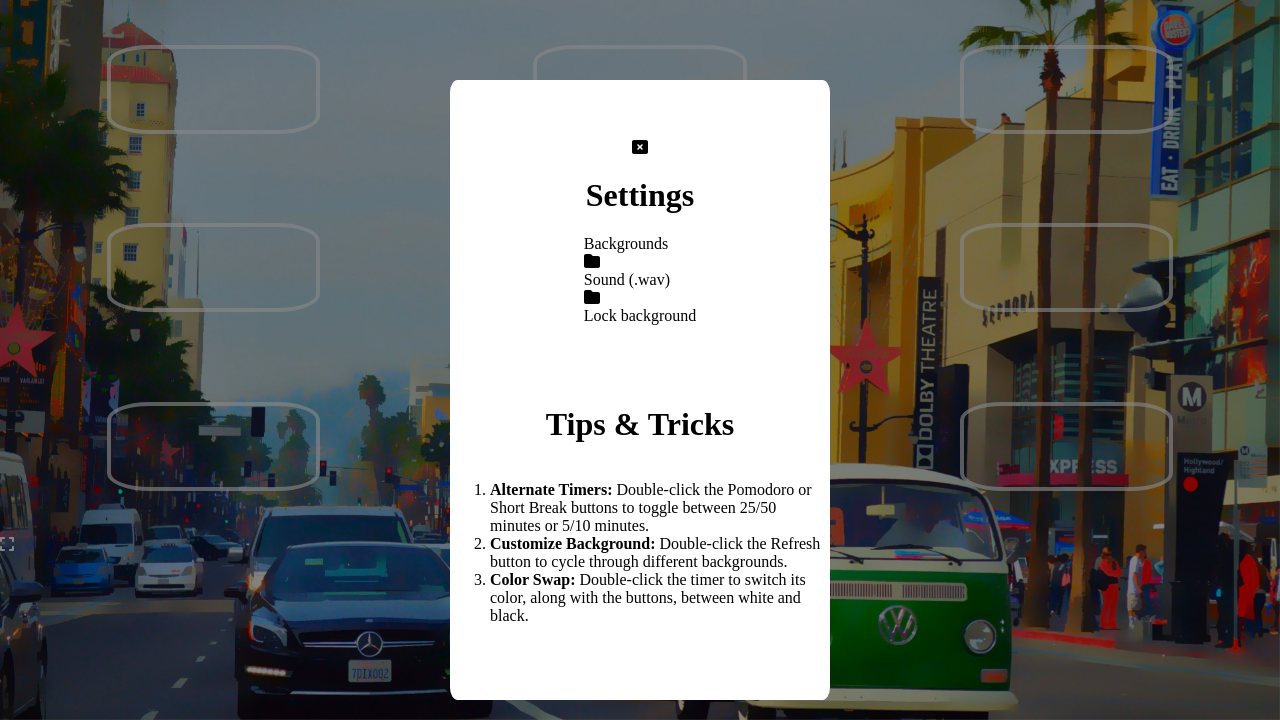
Repository: ttommytan/pomodoro
Page: /, after clicking the first element matching `svg.fa-gear`
These files come from the project's save history. The page is drawn as it stood at one moment and after a run of saves; the edit follows.
The browser window is 1280 px wide. The pictures show the whole page.
The project was rebuilt for these pictures with package versions that can differ from the ones it lists, and the page was loaded fresh each time. Also part of the build but not shown: vite.config.js, src/components/Test.jsx, src/components/SliderComponent.jsx. Imported but missing from the stored project, and not drawn on this page: src/assets/chime.wav.

Above is the page before, as saved 2024-08-27 11:12:50.

### index.html
<!doctype html>
<html lang="en">
  <head>
    <meta charset="UTF-8" />
    <link rel="icon" type="image/svg+xml" href="/vite.svg" />
    <meta name="viewport" content="width=device-width, initial-scale=1.0" />
    <title>Pomodoro Timer</title>
    <link rel="preconnect" href="https://fonts.googleapis.com">
    <link rel="preconnect" href="https://fonts.gstatic.com" crossorigin>
    <link href="https://fonts.googleapis.com/css2?family=Space+Grotesk:wght@300..700&display=swap" rel="stylesheet">
  </head>
  <body>
    <div id="root"></div>

    <script type="module" src="/src/main.jsx"></script>
  </body>
</html>

### src/App.jsx
import { useState } from 'react'
import Test from './components/Test'
import Countdown from './components/Countdown'
import SliderComponent from './components/SliderComponent'

function App() {
  const [count, setCount] = useState(0)

  return (
    <>

    <div className=''>
        <Countdown givenTime={1500}/>
    </div>
    </>
  )
}

export default App

### src/index.css
.big-container {
  top: 0;
  left: 0;
  width: 100%;
  height: 100%;
  position: absolute;
  display: grid;
  overflow: hidden;
  margin: 0;
  padding: 0;
  background-size: cover;
  background-repeat: no-repeat;
  background-attachment: fixed;
  background-position: center;

  grid-template-areas: "top-left top-mid top-right"
                       "mid-left mid-mid mid-right"
                       "bot-left bot-mid bot-right";
}

.containers-top-left, .containers-top-mid, .containers-top-right,
.containers-mid-left, .containers-mid-mid, .containers-mid-right,
.containers-bot-left, .containers-bot-mid, .containers-bot-right {
  width:500px;
  height: 300px;
  font-family: "Space Grotesk", sans-serif;
  font-weight: 400;
  display: flex;
  flex-direction: column;
  justify-content: space-evenly;
  align-items: center;
  position: absolute;
  top: 50%;
  left: 50%;
  transform: translate(-50%, -50%);
  padding: 10px;
  user-select: none;
  -moz-user-select: none;
  -khtml-user-select: none;
  -webkit-user-select: none;
  -o-user-select: none;
  z-index: 2;
}

.containers-top-left:hover, .containers-top-mid:hover, .containers-top-right:hover,
.containers-mid-left:hover, .containers-mid-mid:hover, .containers-mid-right:hover,
.containers-bot-left:hover, .containers-bot-mid:hover, .containers-bot-right:hover
{
  cursor: pointer;
}
.containers-top-left{
  grid-area: top-left;
  padding-top: 10%;
}
.containers-top-mid {
  grid-area: top-mid;
  padding-top: 10%;
}
.containers-top-right {
  grid-area: top-right;
  padding-top: 10%;
}

.containers-mid-left {
  grid-area: mid-left;
}
.containers-mid-mid {
  grid-area: mid-mid;
}
.containers-mid-right {
  grid-area: mid-right;
}


.containers-bot-left {
  grid-area: bot-left;
  padding-bottom: 10%;
}
.containers-bot-mid {
  grid-area: bot-mid;
  padding-bottom: 10%;
}
.containers-bot-right {
  grid-area: bot-right;
  padding-bottom: 10%;
}

.top-left, .top-mid, .top-right,
.mid-left, .mid-mid, .mid-right,
.bot-left, .bot-mid, .bot-right{
  height: 50%;
  width: 50%;
  margin:auto;
  border-radius: 20%;
  border: rgba(255, 255, 255, 0.637) .3em solid;
  opacity: 1;
  background-color: rgba(0, 0, 0, 0);
}

.top-left:hover, .top-mid:hover, .top-right:hover,
.mid-left:hover, .mid-mid:hover, .mid-right:hover,
.bot-left:hover, .bot-mid:hover, .bot-right:hover{
  opacity: 1;
}

.top-leftblack, .top-midblack, .top-rightblack,
.mid-leftblack, .mid-midblack, .mid-rightblack,
.bot-leftblack, .bot-midblack, .bot-rightblack{
  height: 50%;
  width: 50%;
  margin:auto;
  border-radius: 20%;
  border: rgba(0, 0, 0, 0.637) .3em solid;
  opacity: 0;
  background-color: rgba(0, 0, 0, 0);
}

.top-leftblack:hover, .top-midblack:hover, .top-rightblack:hover,
.mid-leftblack:hover, .mid-midblack:hover, .mid-rightblack:hover,
.bot-leftblack:hover, .bot-midblack:hover, .bot-rightblack:hover{
  opacity: 1;
}

.top-left {grid-area: top-left;}
.top-mid {grid-area: top-mid;}
.top-right {grid-area: top-right;}

.mid-left {grid-area: mid-left;}
.mid-mid {grid-area: mid-mid;}
.mid-right {grid-area: mid-right;}

.bot-left {grid-area: bot-left;}
.bot-mid {grid-area: bot-mid;}
.bot-right {grid-area: bot-right;}





.inner-element {
  font-size: 80px;
  flex-wrap: wrap;
  text-align: center;
  margin:0;

}


.time {
  margin: 0;
  color: white;
}

.timeblack {
  margin: 0;
  color: black;
}


.buttons, .buttonsactive, .pause-button {
  margin: 0 5px; /* Add some space between buttons */
  cursor: pointer;
  color: white;
  border-radius: 30px;
  width: 124px;
  height: 42px;
  font-size: 18px;
  box-shadow: none;
  border: solid white;
  background-color: rgba(255, 255, 255, 0);
  font-weight: 600;

}

.buttonsactive{
  background-color: white;
  color: black;
}
.buttons:hover{
  background-color: white;
  color: black
}
.pause-button:hover{
  background-color: rgba(255, 255, 255, 0);
  color: white;
}

.buttonsblack, .buttonsactiveblack, .pause-buttonblack {
  margin: 0 5px; /* Add some space between buttons */
  cursor: pointer;
  color: black;
  border-radius: 30px;
  width: 124px;
  height: 42px;
  font-size: 18px;
  box-shadow: none;
  border: solid black;
  background-color: rgba(255, 255, 255, 0);
  font-weight: 600;

}
.buttonsactiveblack{
  background-color: black;
  color: white;
}
.buttonsblack:hover{
  background-color: black;
  color: white
}

.pause-buttonblack:hover{
  background-color: rgba(255, 255, 255, 0);
  color: black;
}

.pause-button {
  width: 100px;
  background-color: white;
  color: black
}

.pause-buttonblack {
  width: 100px;
  background-color: black;
  color: white
}


.bg-img{
  width: 100%;
  height: 100%;
  display: block;
}


.top-buttons {
  transition: opacity .8s ease-in-out;
  opacity: 1;
}

.top-buttonshide {
  opacity: 0;
  transition: opacity .8s ease-in-out;
}




.slider-container {
  max-width: 600px;
  margin: auto;
}

.slide {
  padding: 20px;
  font-size: 18px;
  text-align: center;
}

.slick-dots li button:before {
  font-size: 12px;
  color: blue; /* Change this to the color you prefer */
}

.slick-dots li.slick-active button:before {
  color: red !important; /* Change this to the color you prefer */
}

.slick-prev:before,
.slick-next:before {
  color: black; /* Change this to the color you prefer */
}

.top-right{
  position: relative;
}

.settings{
  grid-area: top-right;
  width: 45px;
  height: 45px;
  margin: auto;
  z-index: 1;
}

.outer-popup{
  position: fixed;
  top: 0;
  left: 0;
  width: 100%;
  height: 100vh;
  display: flex;
  justify-content: center;
  align-items: center;
  background-color: rgba(0, 0, 0, 0.472);
  z-index: 1000;
}

.inner-popup {
  background-color: rgb(255, 255, 255);
  width: 380px;
  height: 620px;
  display: flex;
  flex-direction: column;
  justify-content: center;
  align-items: center;
  transform: translateY(30px);
  border-radius: 2%;
  z-index: 1001;
}

Loaded but not shown: src/main.jsx (common file); src/components/Countdown.jsx (615 lines, source omitted)

After the next 2 saves:
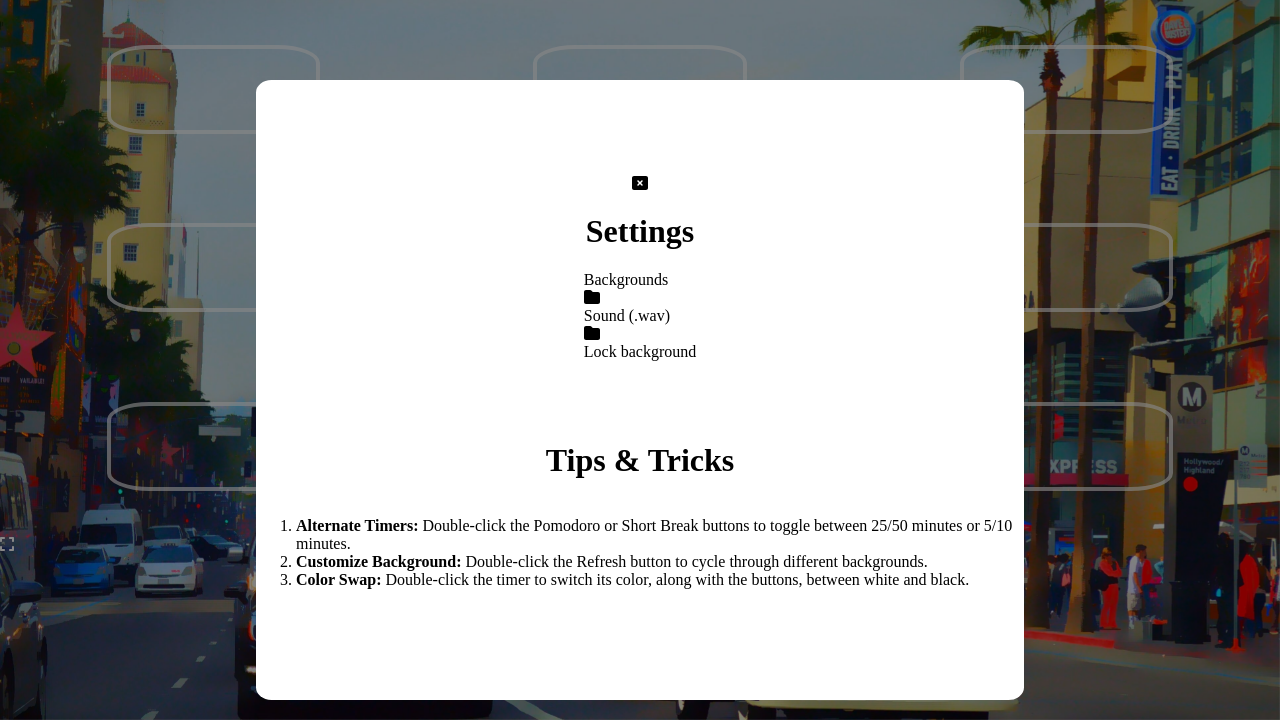
The 2 saves are shown as one change because they came seconds apart.
The last was saved 18 s later.
--- a/src/index.css
+++ b/src/index.css
@@ -298,7 +298,7 @@
 
 .inner-popup {
   background-color: rgb(255, 255, 255);
-  width: 380px;
+  width: 60%;
   height: 620px;
   display: flex;
   flex-direction: column;
